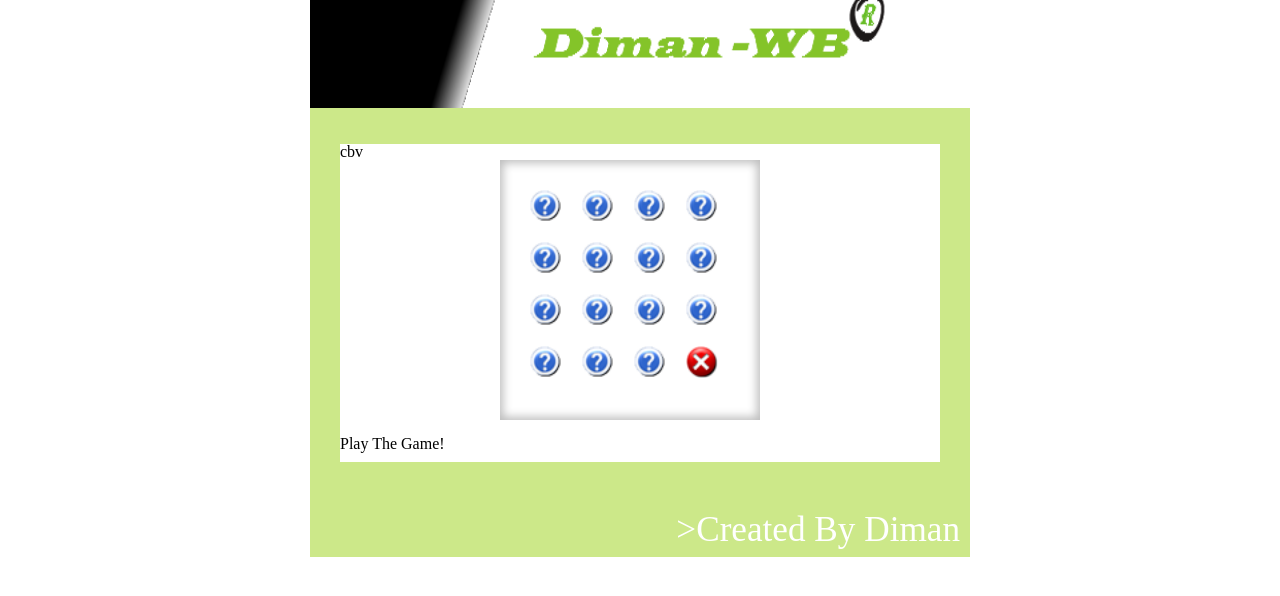
Repository: dn222em/1dv403-laborationer
Page: 3-gameon/index.html
The author's editor kept a record of every edit. The page is drawn from the files as they stood at one moment, then again after the next edit.
The browser window is 1280 px wide. The pictures show the whole page.
After loading, the first visible `#picture\ No1` was clicked once.

Above is the page before.

### 3-gameon/index.html
<!doctype html>
<html lang="sv">
<head>

        <meta charset="utf-8">
        <title>Game On</title>
        <link rel="stylesheet" href="style.css" />
        <script type="text/javascript" src="memory/script/random.js"></script>
        <script type="text/javascript" src="memory/script/MemoryBoard.js"></script>

</head>
<body>
    <div id="container">
        <header>
			<h1>Memory Game</h1>
		</header>
    <main id="main">
        cbv
        <div id="memoryBoard">
        </div>
                <br />
    <p>Play The Game!</p>
    </main>
            <footer id="footer"><p>>Created By Diman</p></footer>
    </div>
</body>

</html>

### 3-gameon/style.css



/*Reset-styleshhet
-----------------------------------------------------------------------------*/
/* http://meyerweb.com/eric/tools/css/reset/
   v2.0 | 20110126
   License: none (public domain)
*/

html, body, div, span, applet, object, iframe,
h1, h2, h3, h4, h5, h6, p, blockquote, pre,
a, abbr, acronym, address, big, cite, code,
del, dfn, em, img, ins, kbd, q, s, samp,
small, strike, strong, sub, sup, tt, var,
b, u, i, center,
dl, dt, dd, ol, ul, li,
fieldset, form, label, legend,
table, caption, tbody, tfoot, thead, tr, th, td,
article, aside, canvas, details, embed,
figure, figcaption, footer, header, hgroup,
menu, nav, output, ruby, section, summary,
time, mark, audio, video {
	margin: 0;
	padding: 0;
	border: 0;
	font-size: 100%;
	font: inherit;
	vertical-align: baseline;
}
 HTML5 display-role reset for older browsers
article, aside, details, figcaption, figure,
footer, header, hgroup, menu, nav, section {
	display: block;
}
body {
	line-height: 1;
}
ol, ul {
	list-style: none;
}
blockquote, q {
	quotes: none;
}
blockquote:before, blockquote:after,
q:before, q:after {
	content: '';
	content: none;
}
table {
	border-collapse: collapse;
	border-spacing: 0;
}
/*End of Reset - stylesheet
--------------------------------------------------------------------
/*CSS -Stylesheet
======================================================================================================*/
#container{
    width: 660px;
    height:auto;
	background-color:#cce889;/*#c2d8fc;*/
	margin:0 auto;
	padding:0;
	background-image:url("pics/20.png");
	background-repeat:no-repeat;
	background-size:660px 130px;
	margin-top:-22px;

}


h1{
	margin-bottom:50px;
}


#main {

	background-color: #FFF;
	width: 600px;
	margin:10px auto 10px auto;
	height:auto;
	margin-top:150px;
	padding-bottom:10px;
}




footer{
	margin-top:50px;
	clear:both;
}

footer p {
	font-family:'Pacifico', cursive;
	font-size:2.2em;
	text-align:right;
	color:#fff;
	margin:10px;
	padding-bottom:10px;
}
.comment-paragraf{
	width:500px;
	margin:2px;
}
/*=======================================================p - total comments*/
.count-comments{
	font-size:1em;
	font-family:'Times';
	float:right;
	margin-right:26px;
	margin-bottom:-2px;
	color:#888;
}

.count-length{
	font-size:1.3em;

}

/*=========================================================page*/
#page{
	width:auto;
	height:auto;
	color:#555;
	margin:20px;
	border-bottom:1px solid #e1e1e1;
	border:none;

}

/*==========================================================comment area*/
.main-comment{
	margin:20px;
	width:auto;
	height:auto;
	color:#444;

}

.comment-title{

	height:45px;
	line-height:37px;
	font-size:1.4em;
	font-family:'Arial';
	margin:0 5px 0 5px;
	color:#555;
	margin-top:80px;

}

/*====================================================posted comments*/
.comments-list{
	font-size:1em;
	font-family:'Times';
	margin:10px 5px 10px 5px;
	color:#555;
	color:#766;

}

#comment-holder{
	list-style-type:none;
	margin:0px;
	padding:0px;
	width:auto;
	height:auto;
}


.comment-holder-li{
	list-style-type:none;
	margin:5px 0px 5px 0px;
 	border:1px solid black;/*#e1e1e1;*/
 	padding-left:5px;
 	padding-right:5px;
	background-color:#cce889;
	min-height:80px;
	display:block;


}

.comment-holder-li:hover{
	background-color:#FDB;
}

/*=======================================================date*/
.comment-date{
	float:right;
}

.writen-date{

	font-family:Arial;
	color:red;
	font-size:0.7em;
	float:right;
	position: relative;
	margin-right:18px;
	padding-top:10px;
	margin-top:-25px;

}


/*========================================================buttons*/

.comment-upp-buttons ul{
    margin: 10px;
    padding: 5px;

}

.comment-upp-buttons li{

   	width: 60px;
    display: inline;
    border:none;
	list-style-type: none;
	padding: 10px;


}

.date-button, .delete-button{
	width: 60px;
    display: inline;
	float:right;
	position: relative;
	width:24px;
	height:24px;
	top:-10px;
	cursor:pointer;


}

.date-button:hover{
	-webkit-transform: scale(1.2);
    -moz-transform: scale(1.2);
    transform: scale(1.2);
}
.date-button:active{
	-webkit-transform: scale(1);
    -moz-transform: scale(1);
    transform: scale(1);
}

.delete-button:hover{
	-webkit-transform: scale(1.2);
    -moz-transform: scale(1.2);
    transform: scale(1.2);
}
.delete-button:active{
	-webkit-transform: scale(1.0);
    -moz-transform: scale(1.0);
    transform: scale(1.0);
}


/*==================================================comments textarea*/
.comment-box{
	height:130px;
	width:auto;
	margin:5px;
	margin-right:20px;
	margin-left:25px;
	margin-top:55px;
	min-height:100px;


}

#comment-box{
	width:98%;
	color:#223;/*#272426;*/
	height:98%;
	position:relative;
	resize:none;
	margin-top:-1px;

}

#comment-box:hover{
	border:2px solid #279521;
}

#comment-publish-button{
	margin-top:-2px;
	float:right;
	margin-right:25px;

}
/*=============================memory board=========*/
#memoryBoard{
	width: 220px;
	height:220px;

	background-color:#fff;/*#e1e1e1;*/

	padding:20px 20px  20px 20px;
	margin-left:160px;

	box-shadow:3px 0px 8px  0px #bdbdbd inset;
	box-shadow:0px 0px 10px  3px #bdbdbd inset;
}


/*========================default pictures==============*/
.defaultPicture{
	cursor:pointer;
	float:left;
	padding-right:10px;
	padding-left:10px;
	padding-bottom:10px;
	padding-top:10px;
	width:32px;
	height:32px;

}

.defaultPicture:hover{
	-webkit-transform: scale(1.2);
    -moz-transform: scale(1.2);
    transform: scale(1.2);
}
.defaultPicture:active{
	-webkit-transform: scale(1);
    -moz-transform: scale(1);
    transform: scale(1);
}

.defaultPicture:hover{
	-webkit-transform: scale(1.2);
    -moz-transform: scale(1.2);
    transform: scale(1.2);
}
.defaultPicture:active{
	-webkit-transform: scale(1.0);
    -moz-transform: scale(1.0);
    transform: scale(1.0);
}

### 3-gameon/memory/script/MemoryBoard.js
"use strict";
/* I denna fil körs vår applikation.
 * Vi använder window.onload för att starta applikationen när
 * fönstret laddat klart. *
 */
var MemoryBoard = {

    count : 0,

    init : function (){

        ++MemoryBoard.count;

        var defaultPictures = [];
        var picture=null;
        var memoryBoard=null;

        pushElements(defaultPictures);

        function pushElements(defaultPictures){
            for (var i =0; i<16; i++){
                picture = document.createElement("img");
                memoryBoard = document.getElementById("memoryBoard");
                document.getElementById("memoryBoard").appendChild(picture);
                picture.setAttribute("src", "memory/pics/0.png");
                picture.setAttribute("onClick", "");

                picture.addEventListener("click", showImage);


                picture.id="picture No"+ MemoryBoard.count;
                picture.className="defaultPicture";
                MemoryBoard.count++;
                picture.innerHTML;
                memoryBoard.appendChild(picture);
                defaultPictures.push(picture);
               // console.log(defaultPictures);

            }
        }
        function showImage(str){
            var a = str.target.id;
            var element = document.getElementById(a);
            picture.setAttribute("src", "memory/pics/1.png");

            console.log(a);
            return element.innerHTML;

            /*picture = document.createElement("img");
            memoryBoard = document.getElementById("memoryBoard");
            document.getElementById("memoryBoard").appendChild(picture);
            picture.setAttribute("src", "memory/pics/1.png");

            picture.id="picture No"+ MemoryBoard.count;
            picture.className="defaultPicture";
            MemoryBoard.count++;
            picture.innerHTML;
            memoryBoard.appendChild(picture);*/
        }


        /*var memoryBoard = document.getElementById("memoryBoard");


        //memoryBoard.appendChild(picture);


        var gameBoard = document.createElement("div");
        document.getElementById("memoryBoard").appendChild(gameBoard);
        gameBoard.innerHTML = pushElements();
        memoryBoard.appendChild(gameBoard);*/


       // = url("../pics/0.png");
        console.log("hello");
                console.log(defaultPictures);
                                console.log();



    }

};

window.onload = MemoryBoard.init;

Loaded but not shown: 3-gameon/memory/script/random.js (no copy from this time; the picture is the same without it)

After the next edit:
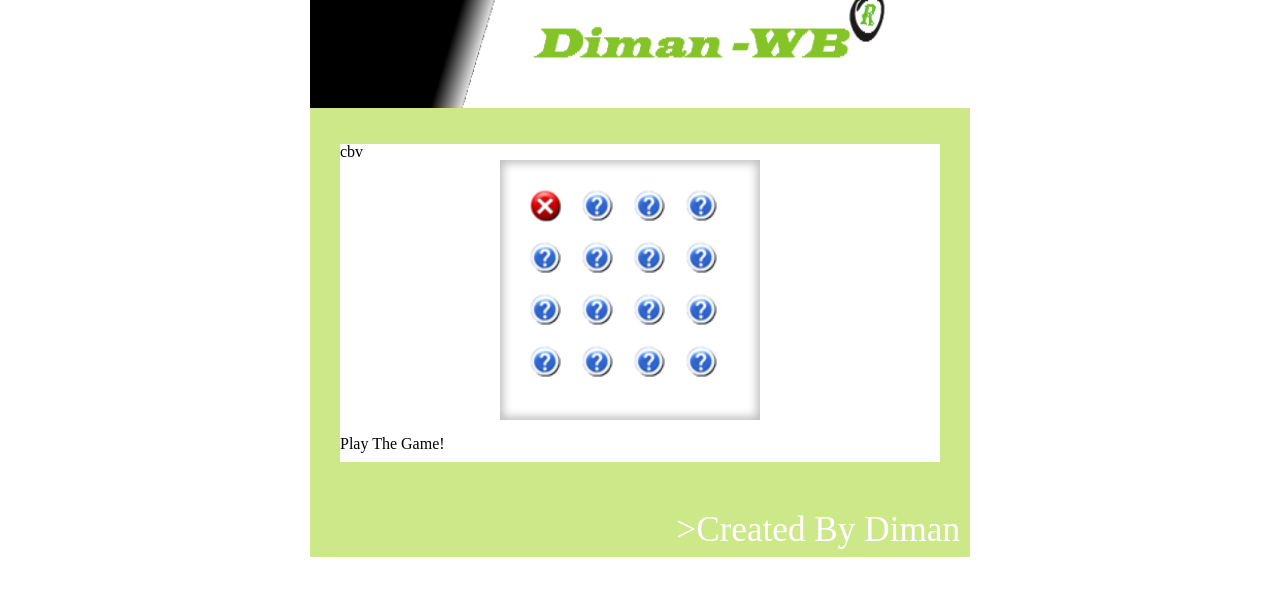
The edit:
--- a/3-gameon/memory/script/MemoryBoard.js
+++ b/3-gameon/memory/script/MemoryBoard.js
@@ -41,7 +41,7 @@
         function showImage(str){
             var a = str.target.id;
             var element = document.getElementById(a);
-            picture.setAttribute("src", "memory/pics/1.png");
+            element.setAttribute("src", "memory/pics/1.png");
 
             console.log(a);
             return element.innerHTML;
